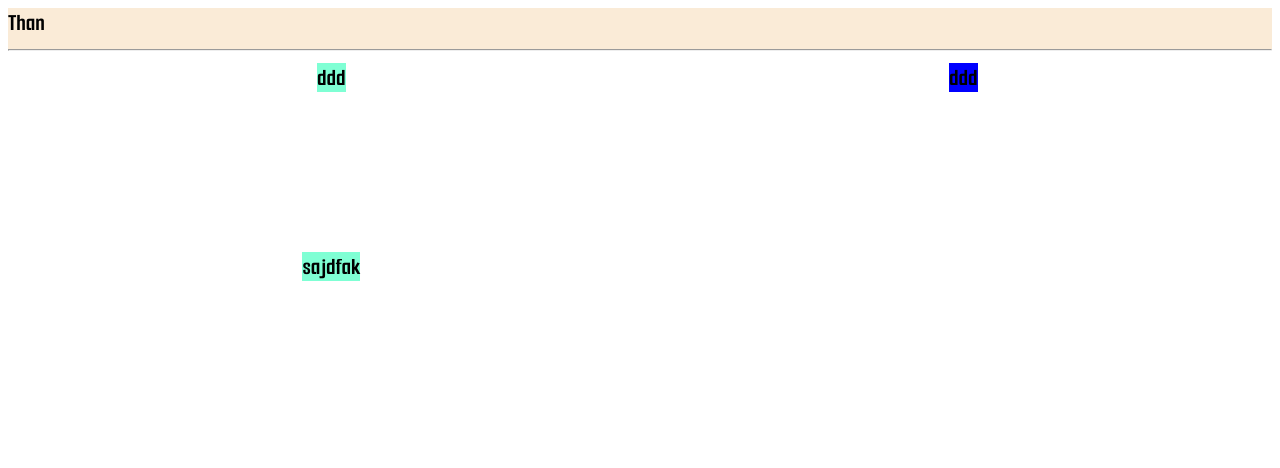
Repository: Than-dot/Than-dot
Page: index.html
An editor plug-in stored every save of this project. The page is shown before and after a run of saves, followed by the edit.
The browser window is 1280 px wide. The pictures show the whole page.

Above is the page before, as saved 2026-04-22 12:31:48.

### index.html
<!doctype html>
<html lang="en">
  <head>
    <meta charset="UTF-8" />
    <meta name="viewport" content="width=device-width, initial-scale=1.0" />
    <title>Than</title>
    <link rel="stylesheet" href="styles/global.css" />
    <link rel="stylesheet" href="styles/index.css" />
  </head>

  <body>
    <header>
      <nav>Than</nav>
      <hr />
    </header>
    <main class="container">
      <article>ddd</article>
      <aside>ddd</aside>
      <article class="stats">sajdfak</article>
    </main>
  </body>
</html>

### styles/global.css
@font-face {
  font-family: Smooch-Sans;
  src: url(/assets/font/Roboto,Smooch_Sans/Smooch_Sans/SmoochSans-VariableFont_wght.ttf);
}

body {
  font-family: Smooch-Sans, sans-serif;
  font-weight: bold;
  font-size: 1.5rem;
}

### styles/index.css
.container {
  margin: auto;
  display: grid;
  grid-template-columns: auto auto;
}

header {
  background-color: antiquewhite;
}

article {
  background-color: aquamarine;
  margin: auto;
}

aside {
  background-color: blue;
  margin: auto;
}

.stats {
  margin-top: 10rem;
}

After the next 2 saves:
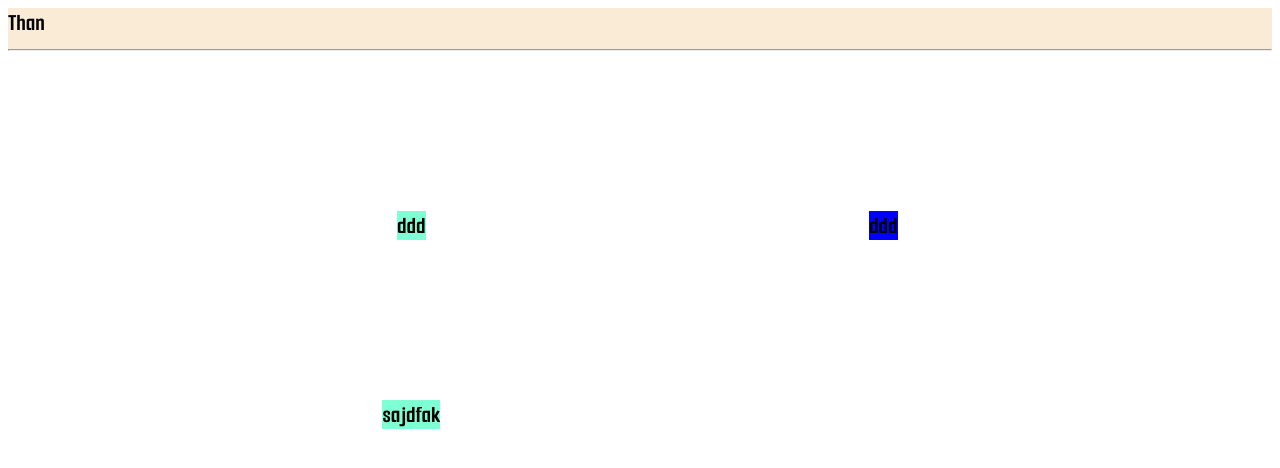
The 2 saves are shown as one change because they came seconds apart.
The last was saved 7 s later.
--- a/styles/index.css
+++ b/styles/index.css
@@ -1,5 +1,5 @@
 .container {
-  margin: auto;
+  margin: 10rem;
   display: grid;
   grid-template-columns: auto auto;
 }
